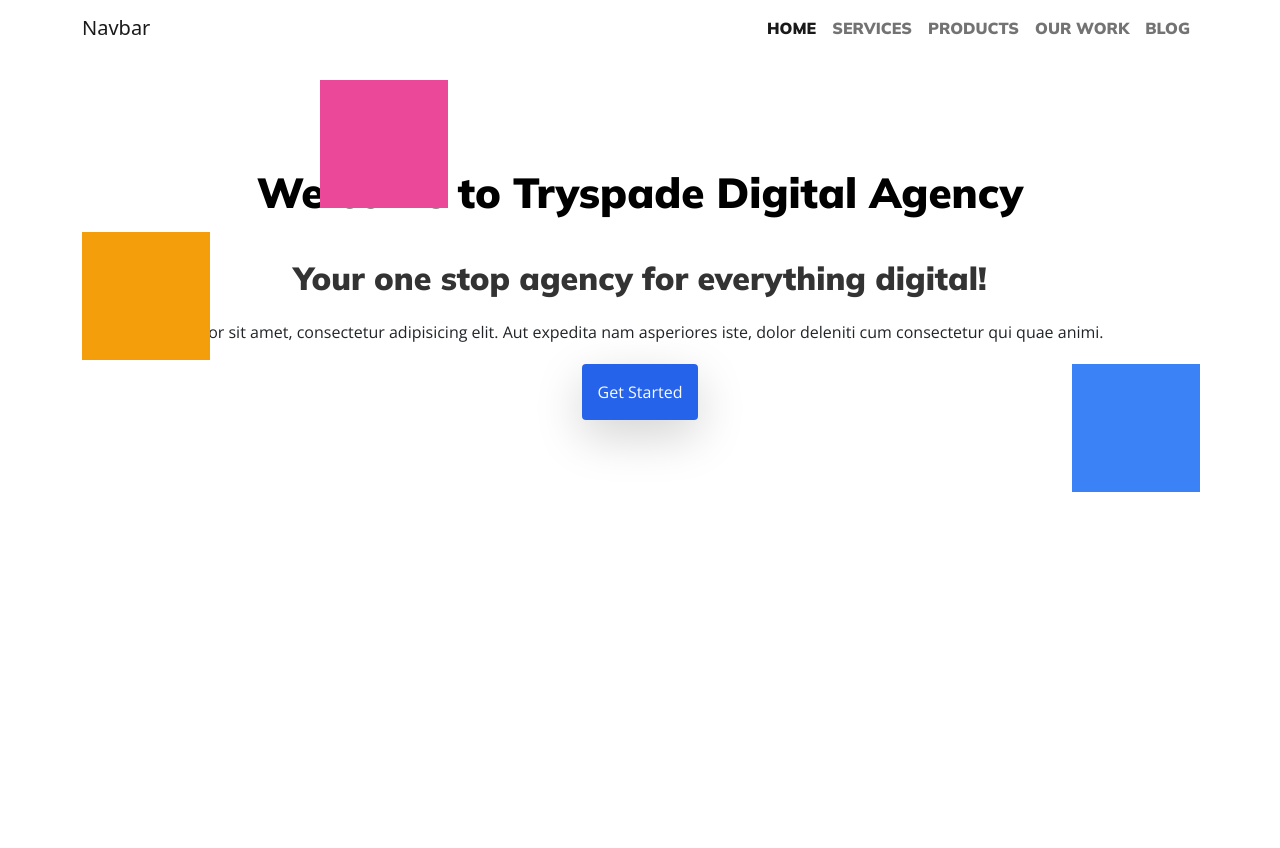
Repository: latenightsnacc/super-octo-fortnight
Page: index.html
These files come from the project's save history. The page is drawn as it stood at one moment and after the next save; the edit follows.
The browser window is 1280 px wide. The pictures show the whole page.
Some web libraries are served in a nearby version. The style sheet was rebuilt from its Sass, Less or Tailwind sources for each picture, by a compiler version that may differ from the author's.

Above is the page before, as saved 2021-01-29 12:32:15.

After the next save:
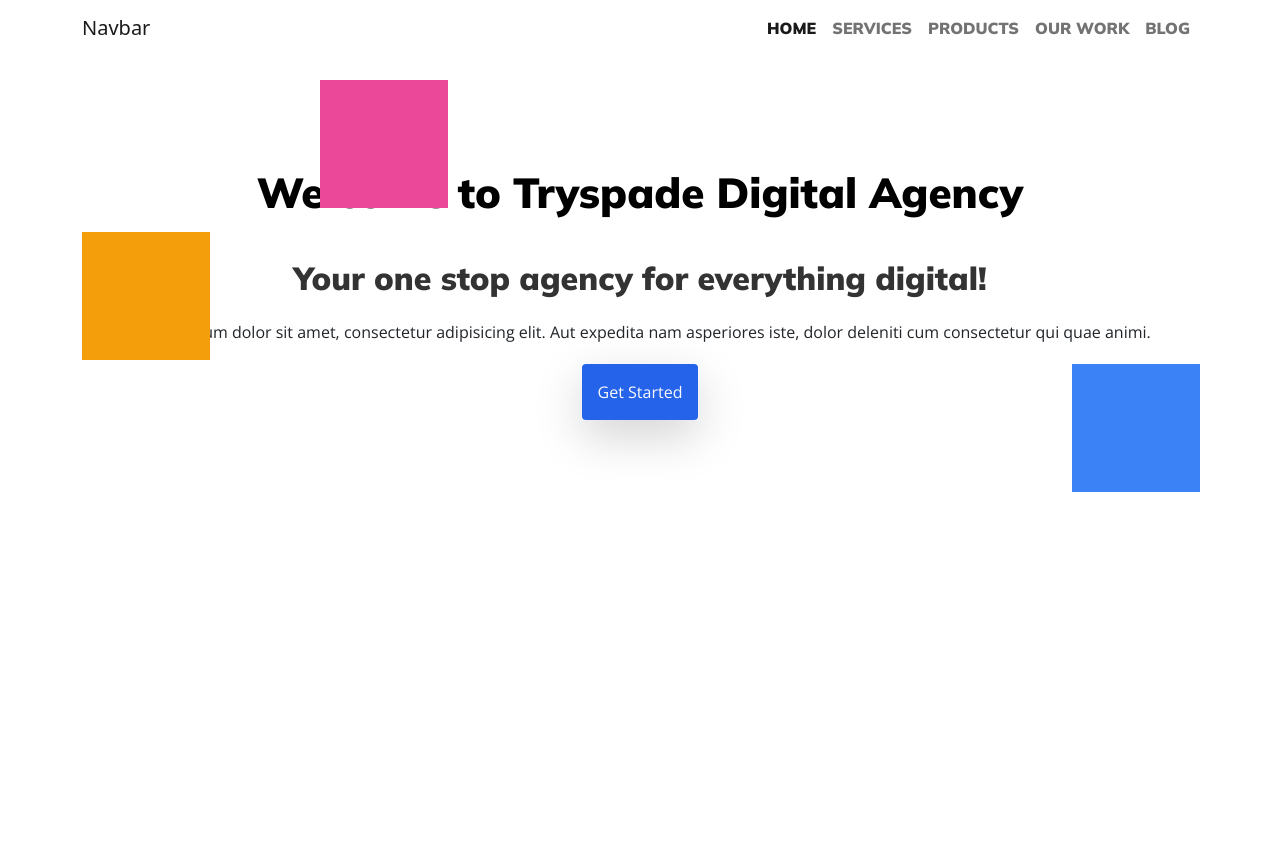
Saved 14 s later.
--- a/index.html
+++ b/index.html
@@ -56,7 +56,7 @@
                 <div class="relative flex flex-col items-center h-auto"></div>
                     <h1 class="z-50 text-black text-center">Welcome to Tryspade Digital Agency</h1>
                     <h2 class="z-40 text-center">Your one stop agency for everything digital!</h2>
-                    <p>Lorem ipsum dolor sit amet, consectetur adipisicing elit. Aut expedita nam asperiores iste, dolor deleniti cum consectetur qui quae animi.</p>
+                    <p class="text-center">Lorem ipsum dolor sit amet, consectetur adipisicing elit. Aut expedita nam asperiores iste, dolor deleniti cum consectetur qui quae animi.</p>
                     <!--BOXES-->
                     <div class=" absolute bottom-50 left-50">
                         <div class="z-0 border-2 border-yellow-500 bg-yellow-500 w-32 h-32"></div>
